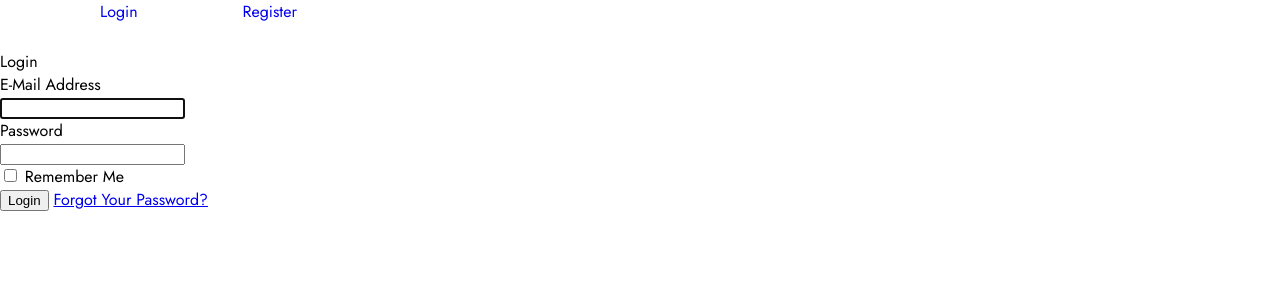
Repository: PatryxB/bikeService
Page: http://localhost/login
The author's editor kept a copy of each file at every save. The page is drawn from the files as they stood at one save, then again after the next save.
The browser window is 1280 px wide. The pictures show the whole page.
The page is served by the project's Laravel application, run on PHP 8.4 with Laravel 8. Other server files are loaded and not shown. Style sheets and scripts are compiled from the project's sources, by tool versions that may differ from the author's.

Above is the page before, as saved 2020-05-01 15:35:59.

### resources/views/layouts/app.blade.php
<!doctype html>
<html lang="{{ str_replace('_', '-', app()->getLocale()) }}">
<head>
    <meta charset="utf-8">
    <meta name="viewport" content="width=device-width, initial-scale=1">

    <!-- CSRF Token -->
    <meta name="csrf-token" content="{{ csrf_token() }}">

    <title>{{ config('app.name', 'Laravel') }}</title>

    <!-- Scripts -->
    <script src="{{ asset('js/app.js') }}" defer></script>

    <!-- Fonts -->
    <link rel="dns-prefetch" href="//fonts.gstatic.com">
    <link href="https://fonts.googleapis.com/css?family=Nunito" rel="stylesheet">

    <!-- Styles -->
    <link href="{{ asset('css/app.css') }}" rel="stylesheet">
</head>
<body>
    <div id="app">
        <nav>
            @if (Route::has('login'))
                @auth
                    <a href="{{ url('/home') }}">Home</a>
                @else
                    <a href="{{ route('login') }}" role="button">Login</a>

                    @if (Route::has('register'))
                        <a href="{{ route('register') }}" role="button">Register</a>
                    @endif
                @endauth
            @endif

        </nav>
        <main>
            @yield('content')
        </main>
    </div>
</body>
</html>

### resources/sass/app.scss
@import url('https://fonts.googleapis.com/css2?family=Jost&display=swap');
html, body{
    box-sizing: border-box;
    margin: 0;
    padding: 0;
    font-family: 'Jost', sans-serif;
}
.banner img{
    width: 100%;
    height: 92vh;
}
nav{
    width: 100%;
    height: 7vh;
}
nav a{
    text-decoration: none;
    display: inline-block;
    margin-left: 100px;
    align-items: center;
}

Loaded but not shown: routes/web.php (common file); app/Http/Controllers/Auth/LoginController.php (common file); app/Http/Controllers/Controller.php (common file); app/Http/Controllers/Auth/ConfirmPasswordController.php (common file); resources/views/auth/login.blade.php (common file)

After the next save:
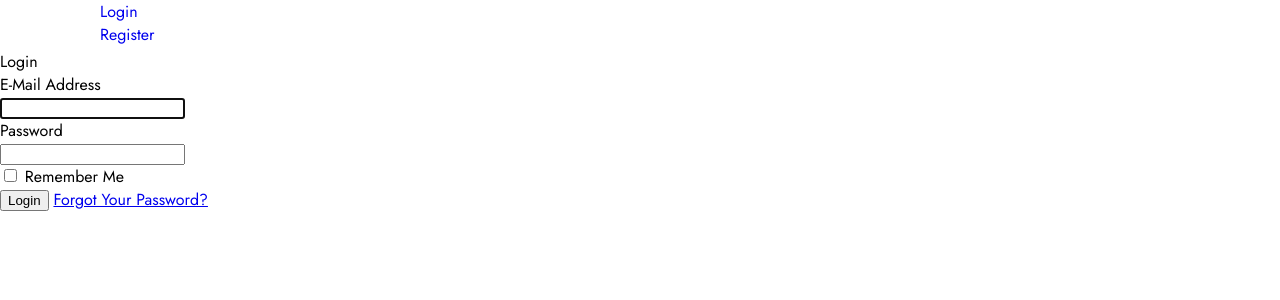
Saved 2 min 52 s later.
--- a/resources/sass/app.scss
+++ b/resources/sass/app.scss
@@ -15,7 +15,6 @@
 }
 nav a{
     text-decoration: none;
-    display: inline-block;
+    display: flex;
     margin-left: 100px;
-    align-items: center;
 }

After the save that followed:
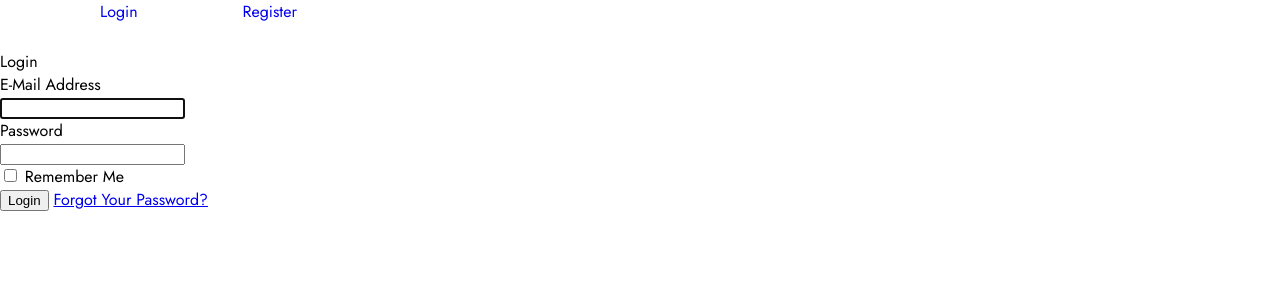
Saved 2 min 35 s later.
--- a/resources/sass/app.scss
+++ b/resources/sass/app.scss
@@ -15,6 +15,6 @@
 }
 nav a{
     text-decoration: none;
-    display: flex;
+    display: inline-block;
     margin-left: 100px;
 }
